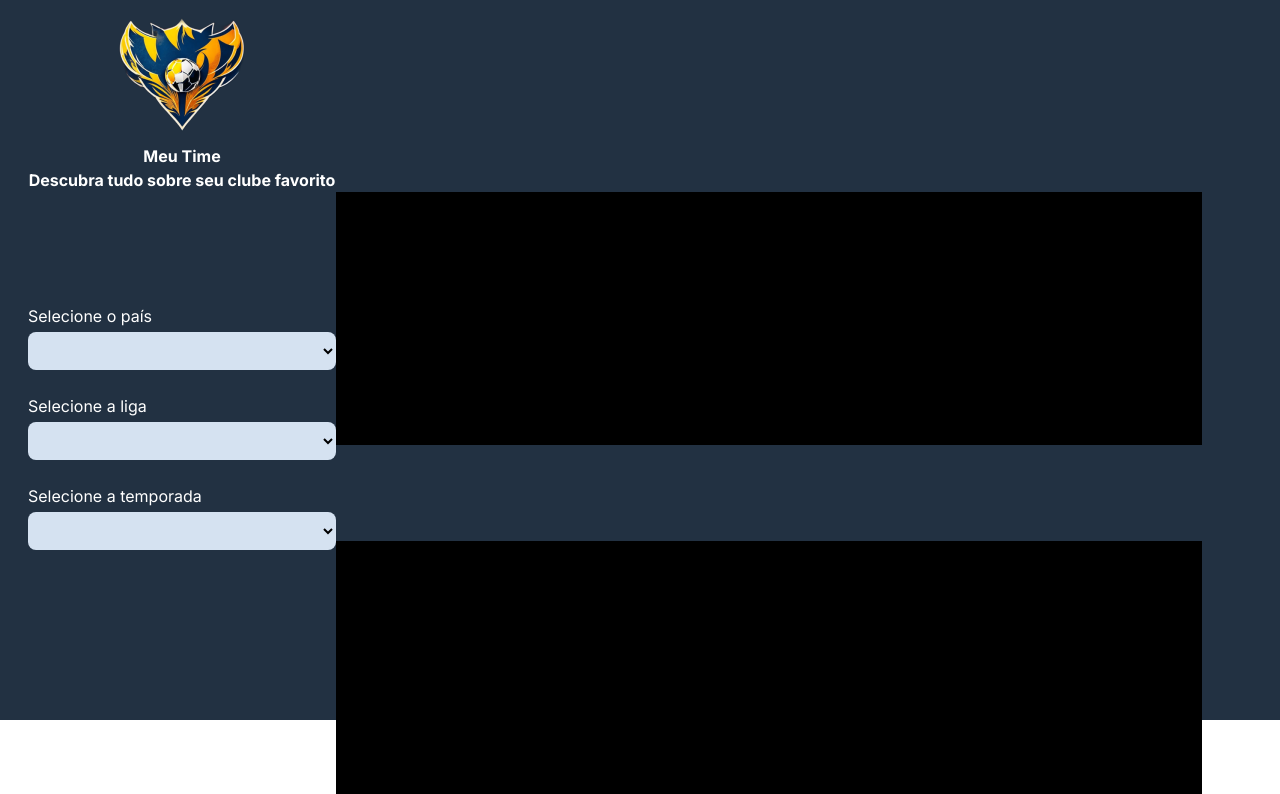
Repository: LuizAGDomingues/MeuTimeApp
Page: /times
These files come from the project's save history. The page is drawn as it stood at one moment and after the next save; the edit follows.
The browser window is 1280 px wide. The pictures show the whole page.
The page's requests for data from a server got no answer. The project was rebuilt for these pictures with package versions that can differ from the ones it lists, and the page was loaded fresh each time. The framework's server and built-in components were replaced by stand-ins that run in the browser. No one was signed in, and anything a server would have sent is missing. Also part of the build but not shown: next.config.js.

Above is the page before, as saved 2023-05-23 14:28:45.

### src/app/layout.tsx
"use client"

import './globals.css'
import { Inter } from 'next/font/google'
import { QueryClient, QueryClientProvider } from 'react-query'

const inter = Inter({ subsets: ['latin'] })

const queryClient = new QueryClient()

export const metadata = {
  title: 'Trade test - Football API',
  description: 'Test para vaga front-end da Trade Technology',
}

export default function RootLayout({
  children,
}: {
  children: React.ReactNode
}) {
  return (
    <html lang="pt-br">
      <body className={inter.className}>
        <QueryClientProvider client={queryClient}>
          {children}
        </QueryClientProvider>
      </body>
    </html>
  )
}

### src/app/times/page.tsx
"use client"

import { api } from '@/lib/axios';
import logo from '../../assets/logo.png'
import Image from 'next/image'
import { useQuery } from 'react-query'
import { useEffect, useState } from 'react';
import TeamsShields from '@/components/TeamsShields';

const API_KEY = process.env.NEXT_PUBLIC_API_KEY;
const API_HOST = process.env.NEXT_PUBLIC_API_HOST;

export default function Times() {
  const [pais, setPais] = useState('')
  const [league, setLeague] = useState('')
  const [season, setSeason] = useState('')
  const [leagueList, setLeagueList] = useState<{}[]>()
  const [seasonList, setSeasonList] = useState<{}[]>()

  const { data: countriesData, isLoading: countriesLoading, error: countriesError } = useQuery('countries', () => {
    return api.get('countries', {
      headers: {
        "x-rapidapi-host": API_HOST,
		    "x-rapidapi-key": API_KEY
      }
    }).then((response) => response.data)
  })

  useEffect(() => {
    if(pais != '') {
      api.get('leagues', {
        params: {
          search: pais
        },
        headers: {
          "x-rapidapi-host": API_HOST,
          "x-rapidapi-key": API_KEY
        }
      }).then(res => {
        setLeagueList(res.data.response)
      })
    }
  }, [pais])

  useEffect(() => {
    leagueList?.map((leagues: any) => {
      if(leagues.league.id.toString() === league) {
        setSeasonList(leagues.seasons)
      }
    })
  }, [league])

  return (
    <div className="w-full h-screen bg-[#223142] text-white px-7">
      <div className='flex flex-col items-center w-[308px]'>
        <Image src={logo} alt='Logo exemplo'/>
        <span className='text-white font-bold text-center'>Meu Time<br/>Descubra tudo sobre seu clube favorito</span>
      </div>
      <div className='flex justify-between'>
        <form action="" className='flex flex-col mt-28'>

          <label htmlFor="">Selecione o país</label>
          <select name="pais" id="pais" onChange={e => setPais(e.target.value)} className='bg-[#D5E2F1] px-3 py-2 rounded-lg w-[308px] mt-1 text-black'>
            <option value=""></option>
            { countriesLoading ? <option value="">Carregando...</option> :
            countriesData.response.map((paises: { code: string; name: string }) => {
              return (
                <option value={paises.name} key={paises.name}>{paises.name}</option>
              )
            })}
          </select>

          <label htmlFor="" className='mt-6'>Selecione a liga</label>
          <select name="league" id="league" onChange={e => setLeague(e.target.value)} className='bg-[#D5E2F1] px-3 py-2 rounded-lg w-[308px] mt-1 text-black'>
            <option value=""></option>
            {leagueList?.map((liga: any) => {
              return (
                <option value={liga.league.id} key={liga.league.id}>{liga.league.name}</option>
              )
            })}
          </select>

          <label htmlFor="" className='mt-6'>Selecione a temporada</label>
          <select name="season" id="season" onChange={e => setSeason(e.target.value)} className='bg-[#D5E2F1] px-3 py-2 rounded-lg w-[308px] mt-1 text-black'>
            <option value=""></option>
            {seasonList?.map((seasons: any) => {
              return (
                <option value={seasons.year} key={seasons.year}>{seasons.year}</option>
              )
            })}
          </select>

        </form>

        <TeamsShields country={pais} leagueId={league} season={season} />
      </div>
    </div>
  )
}

### src/app/globals.css
@tailwind base;
@tailwind components;
@tailwind utilities;

main {
  background-image: url('../assets/background.png');
  background-size: cover;
  background-repeat: no-repeat;
}

### src/lib/axios.ts
import axios from 'axios'

export const api = axios.create({
  baseURL: 'https://api-football-v1.p.rapidapi.com/v3'
})

### src/components/TeamsShields.tsx
import { api } from "@/lib/axios";
import { useEffect, useState } from "react";

interface TeamShieldsProps {
  country: string;
  leagueId: string;
  season: string
}

const API_KEY = process.env.NEXT_PUBLIC_API_KEY;
const API_HOST = process.env.NEXT_PUBLIC_API_HOST;

function TeamsShields(props: TeamShieldsProps) {
  const [teams, setTeams] = useState<{}[]>()

  useEffect(() => {
    if(props.country != '' && props.leagueId != '' && props.season != '') {
      api.get('teams', {
        params: {
          league: props.leagueId,
          season: props.season,
          country: props.country
        },
        headers: {
          "x-rapidapi-host": API_HOST,
          "x-rapidapi-key": API_KEY
        }
      }).then(res => {setTeams(res.data)})
    }
  }, [props])

  return (
    <div className='grid grid-cols-4 gap-24 mr-40'>
      <div className='w-[227px] h-[253px] bg-black'></div>
      <div className='w-[227px] h-[253px] bg-black'></div>
      <div className='w-[227px] h-[253px] bg-black'></div>
      <div className='w-[227px] h-[253px] bg-black'></div>
      <div className='w-[227px] h-[253px] bg-black'></div>
      <div className='w-[227px] h-[253px] bg-black'></div>
      <div className='w-[227px] h-[253px] bg-black'></div>
      <div className='w-[227px] h-[253px] bg-black'></div>
    </div>
  )
}

export default TeamsShields

Loaded but not shown: tailwind.config.js (common file)

After the next save:
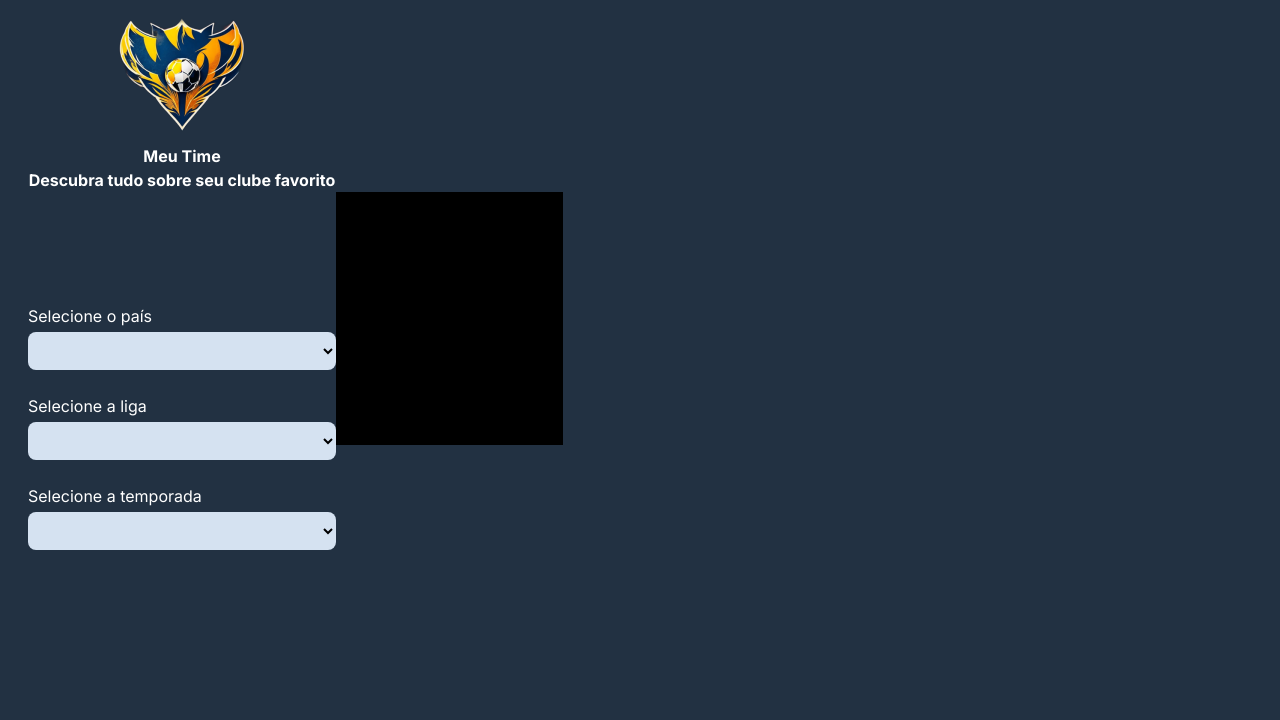
Saved 31 s later.
--- a/src/components/TeamsShields.tsx
+++ b/src/components/TeamsShields.tsx
@@ -32,13 +32,6 @@
   return (
     <div className='grid grid-cols-4 gap-24 mr-40'>
       <div className='w-[227px] h-[253px] bg-black'></div>
-      <div className='w-[227px] h-[253px] bg-black'></div>
-      <div className='w-[227px] h-[253px] bg-black'></div>
-      <div className='w-[227px] h-[253px] bg-black'></div>
-      <div className='w-[227px] h-[253px] bg-black'></div>
-      <div className='w-[227px] h-[253px] bg-black'></div>
-      <div className='w-[227px] h-[253px] bg-black'></div>
-      <div className='w-[227px] h-[253px] bg-black'></div>
     </div>
   )
 }
